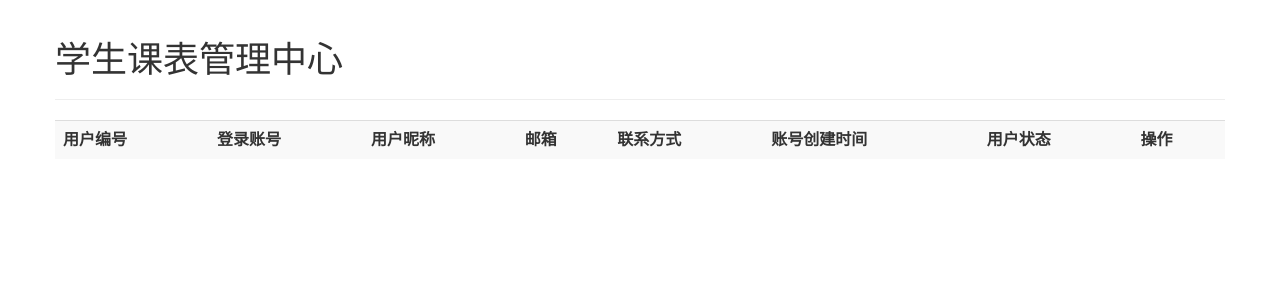
Repository: JetChen07/mybatis
Page: http://localhost/course/
An editor plug-in stored every save of this project. The page is shown before and after the next save, followed by the edit.
The browser window is 1280 px wide. The pictures show the whole page.
The page is served by Tomcat 9.

Above is the page before, as saved 2018-05-21 08:13:11.

After the next save:
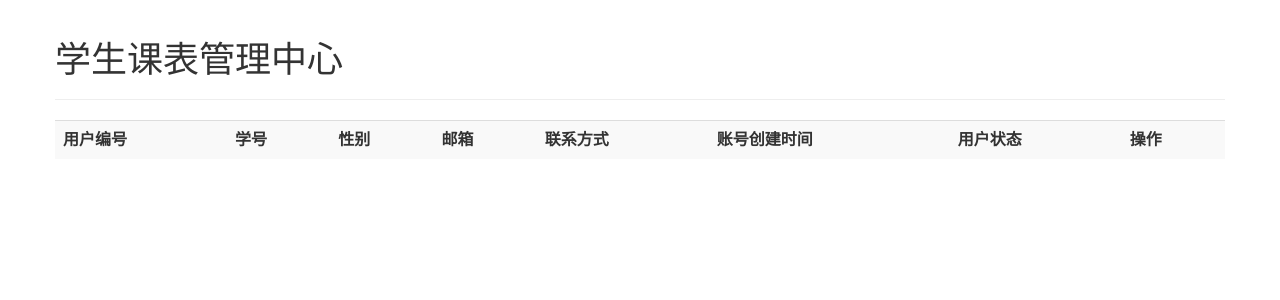
Saved 37 s later.
--- a/course/src/main/webapp/index.jsp
+++ b/course/src/main/webapp/index.jsp
@@ -18,8 +18,8 @@
     	 <table class="table table-hover table-striped">
             <tr>
                 <th>用户编号</th>
-                <th>登录账号</th>
-                <th>用户昵称</th>
+                <th>学号</th>
+                <th>性别</th>
                 <th>邮箱</th>
                 <th>联系方式</th>
                 <th>账号创建时间</th>
